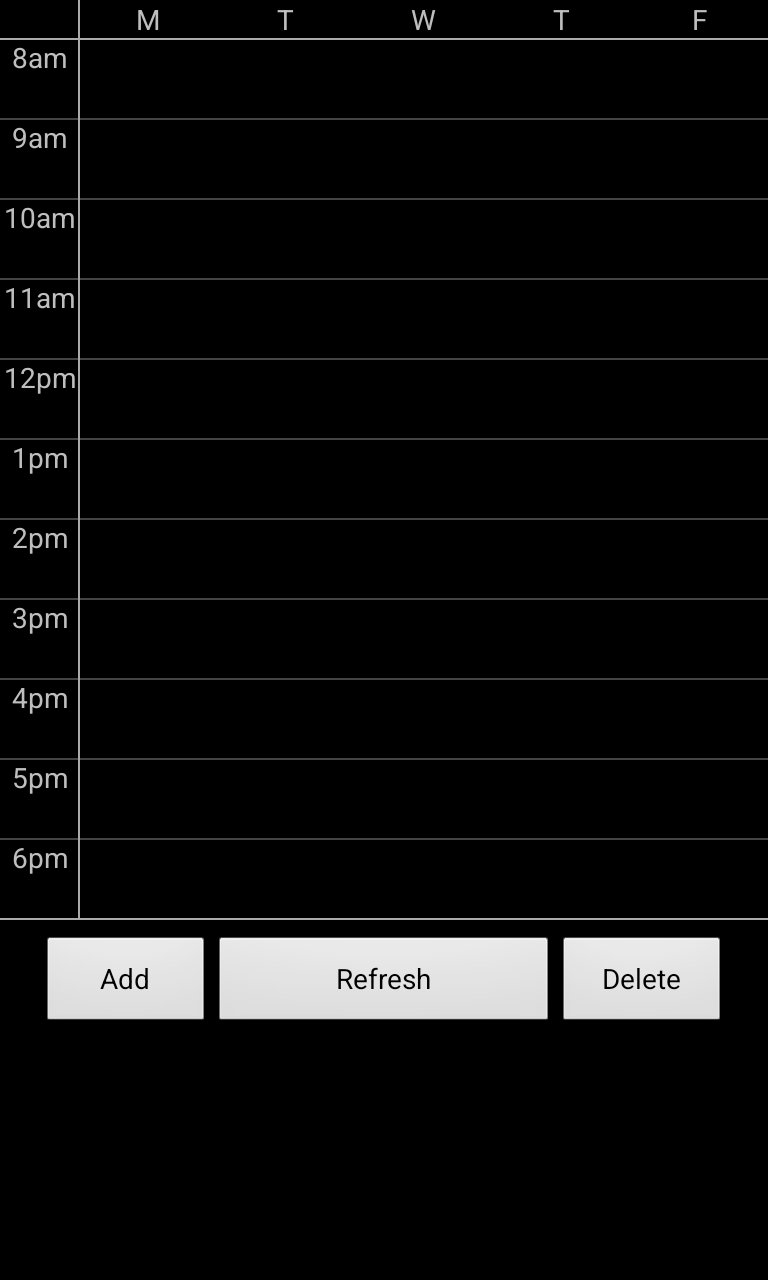
Repository: appsfactory/OfficeHours
Layout: OfficeHoursClient/res/layout/activity_schedule_view.xml
These files come from the project's save history. The layout is drawn as it stood at one moment and after the next save; the edit follows.
It is drawn on a 768 x 1280 px phone screen (xhdpi) without system bars, with theme AppTheme; the app's code is not run.

Above is the layout before, as saved 2012-10-02 15:40:22.

### OfficeHoursClient/res/layout/activity_schedule_view.xml
<?xml version="1.0" encoding="utf-8"?>
<LinearLayout xmlns:android="http://schemas.android.com/apk/res/android"
    android:layout_width="fill_parent"
    android:layout_height="wrap_content"
    android:orientation="vertical" >


    <RelativeLayout
        android:id="@+id/relativeLayout1"
        android:layout_width="match_parent"
        android:layout_height="wrap_content" >

        <TextView android:background="#aaa" android:layout_width = "1dp" android:layout_height="wrap_content" android:layout_marginTop="0dp" android:layout_marginLeft="39dp" android:text=" "/>

		<!-- HEADERS -->
        <LinearLayout
            android:id="@+id/linearLayout1"
            android:layout_width="wrap_content"
            android:layout_height="wrap_content"
            android:layout_alignParentLeft="true"
            android:layout_alignParentRight="true"
            android:layout_alignParentTop="true" >

            <TextView
                android:id="@+id/mon_header"
                android:layout_width="0dp"
                android:layout_height="wrap_content"
                android:layout_marginLeft="40dp"
                android:layout_weight="2"
                android:gravity="center"
                android:text="M"
                android:background="ffffff"/>

            <TextView
                android:id="@+id/tue_header"
                android:layout_width="0dp"
                android:layout_height="wrap_content"
                android:layout_weight="2"
                android:gravity="center"
                android:text="T" />

            <TextView
                android:id="@+id/wed_header"
                android:layout_width="0dp"
                android:layout_height="wrap_content"
                android:layout_weight="2"
                android:gravity="center"
                android:text="W" />

            <TextView
                android:id="@+id/thu_header"
                android:layout_width="0dp"
                android:layout_height="wrap_content"
                android:layout_weight="2"
                android:gravity="center"
                android:text="T" />

            <TextView
                android:id="@+id/fri_header"
                android:layout_width="0dp"
                android:layout_height="wrap_content"
                android:layout_weight="2"
                android:gravity="center"
                android:text="F" />
        </LinearLayout>
    </RelativeLayout>

    <ScrollView
        android:id="@+id/scrollView1"
        android:layout_width="match_parent"
        android:layout_height="wrap_content"
        android:padding="0dp"
        android:scrollbars="none" >"

		<!--  GRID/BORDERS -->
        <RelativeLayout
            android:id="@+id/relativeLayout242"
            android:layout_width="match_parent"
            android:layout_height="wrap_content"
            android:padding="0dp" >



            <View android:background="#aaa" android:layout_width = "fill_parent" android:layout_height="1dp" android:layout_marginTop="0dp" />
            <View android:background="#444" android:layout_width = "fill_parent" android:layout_height="1dp" android:layout_marginTop="40dp"/>
            <View android:background="#444" android:layout_width = "fill_parent" android:layout_height="1dp" android:layout_marginTop="80dp"/>
            <View android:background="#444" android:layout_width = "fill_parent" android:layout_height="1dp" android:layout_marginTop="120dp"/>
            <View android:background="#444" android:layout_width = "fill_parent" android:layout_height="1dp" android:layout_marginTop="160dp"/>
            <View android:background="#444" android:layout_width = "fill_parent" android:layout_height="1dp" android:layout_marginTop="200dp"/>
            <View android:background="#444" android:layout_width = "fill_parent" android:layout_height="1dp" android:layout_marginTop="240dp"/>
            <View android:background="#444" android:layout_width = "fill_parent" android:layout_height="1dp" android:layout_marginTop="280dp"/>
            <View android:background="#444" android:layout_width = "fill_parent" android:layout_height="1dp" android:layout_marginTop="320dp"/>
            <View android:background="#444" android:layout_width = "fill_parent" android:layout_height="1dp" android:layout_marginTop="360dp"/>
            <View android:background="#444" android:layout_width = "fill_parent" android:layout_height="1dp" android:layout_marginTop="400dp"/>
            <View android:background="#aaa" android:layout_width = "fill_parent" android:layout_height="1dp" android:layout_marginTop="440dp"/>
            <View android:background="#aaa" android:layout_width = "1dp" android:layout_height="441dp" android:layout_marginTop="0dp" android:layout_marginLeft="39dp"/>

<!--
            <View android:background="#777" android:layout_width = "fill_parent" android:layout_height="1dp" android:layout_marginTop="20dp"/>
            <View android:background="#777" android:layout_width = "fill_parent" android:layout_height="1dp" android:layout_marginTop="60dp"/>
            <View android:background="#777" android:layout_width = "fill_parent" android:layout_height="1dp" android:layout_marginTop="100dp"/>
            <View android:background="#777" android:layout_width = "fill_parent" android:layout_height="1dp" android:layout_marginTop="140dp"/>
            <View android:background="#777" android:layout_width = "fill_parent" android:layout_height="1dp" android:layout_marginTop="180dp"/>
            <View android:background="#777" android:layout_width = "fill_parent" android:layout_height="1dp" android:layout_marginTop="220dp"/>
            <View android:background="#777" android:layout_width = "fill_parent" android:layout_height="1dp" android:layout_marginTop="260dp"/>
            <View android:background="#777" android:layout_width = "fill_parent" android:layout_height="1dp" android:layout_marginTop="300dp"/>
            <View android:background="#777" android:layout_width = "fill_parent" android:layout_height="1dp" android:layout_marginTop="340dp"/>
            <View android:background="#777" android:layout_width = "fill_parent" android:layout_height="1dp" android:layout_marginTop="380dp"/>
            <View android:background="#777" android:layout_width = "fill_parent" android:layout_height="1dp" android:layout_marginTop="420dp"/> -->


            <LinearLayout
                android:id="@+id/linearLayout2"
                android:layout_width="match_parent"
                android:layout_height="wrap_content"
                android:padding="0dp" >

                <!-- SIDEBAR -->

                <RelativeLayout
                    android:id="@+id/sidebar"
                    android:layout_width="37dp"
                    android:layout_height="wrap_content"
                    android:layout_marginLeft="1.5dp"
                    android:layout_marginRight="1.5dp"
                    android:padding="0dp" >

                    <TextView
                        android:id="@+id/textView10"
                        android:layout_width="match_parent"
                        android:layout_height="wrap_content"
                        android:layout_marginTop="0dp"
                        android:gravity="center"
                        android:text="8am" />

                    <TextView
                        android:id="@+id/textView10"
                        android:layout_width="match_parent"
                        android:layout_height="wrap_content"
                        android:layout_marginTop="40dp"
                        android:gravity="center"
                        android:text="9am" />

                    <TextView
                        android:id="@+id/textView10"
                        android:layout_width="match_parent"
                        android:layout_height="wrap_content"
                        android:layout_marginTop="80dp"
                        android:gravity="center"
                        android:text="10am" />

                    <TextView
                        android:id="@+id/textView10"
                        android:layout_width="match_parent"
                        android:layout_height="wrap_content"
                        android:layout_marginTop="120dp"
                        android:gravity="center"
                        android:text="11am" />

                    <TextView
                        android:id="@+id/textView10"
                        android:layout_width="match_parent"
                        android:layout_height="wrap_content"
                        android:layout_marginTop="160dp"
                        android:gravity="center"
                        android:text="12pm" />

                    <TextView
                        android:id="@+id/textView10"
                        android:layout_width="match_parent"
                        android:layout_height="wrap_content"
                        android:layout_marginTop="200dp"
                        android:gravity="center"
                        android:text="1pm" />

                    <TextView
                        android:id="@+id/textView10"
                        android:layout_width="match_parent"
                        android:layout_height="wrap_content"
                        android:layout_marginTop="240dp"
                        android:gravity="center"
                        android:text="2pm" />

                    <TextView
                        android:id="@+id/textView10"
                        android:layout_width="match_parent"
                        android:layout_height="wrap_content"
                        android:layout_marginTop="280dp"
                        android:gravity="center"
                        android:text="3pm" />

                    <TextView
                        android:id="@+id/textView10"
                        android:layout_width="match_parent"
                        android:layout_height="wrap_content"
                        android:layout_marginTop="320dp"
                        android:gravity="center"
                        android:text="4pm" />

                    <TextView
                        android:id="@+id/textView10"
                        android:layout_width="match_parent"
                        android:layout_height="wrap_content"
                        android:layout_marginTop="360dp"
                        android:gravity="center"
                        android:text="5pm" />

                    <TextView
                        android:id="@+id/textView10"
                        android:layout_width="match_parent"
                        android:layout_height="wrap_content"
                        android:layout_marginTop="400dp"
                        android:gravity="center"
                        android:text="6pm" />
                </RelativeLayout>

                <RelativeLayout
                    android:id="@+id/relativeLayout3"
                    android:layout_width="0dp"
                    android:layout_height="match_parent"
                    android:layout_weight="14"
                    android:padding="0dp" >

                    <LinearLayout
                        android:id="@+id/linearLayout3"
                        android:layout_width="match_parent"
                        android:layout_height="wrap_content"
                        android:layout_alignParentLeft="true"
                        android:layout_alignParentRight="true"
                        android:layout_alignParentTop="true"
                        android:padding="0dp" >


                        <!-- COLUMNS -->
                        <RelativeLayout
                            android:id="@+id/moncolumn"
                            android:layout_width="0dp"
                            android:layout_height="match_parent"
                            android:layout_weight="1" >

                        </RelativeLayout>

                        <RelativeLayout
                            android:id="@+id/tuecolumn"
                            android:layout_width="0dp"
                            android:layout_height="match_parent"
                            android:layout_weight="1" >

                        </RelativeLayout>

                        <RelativeLayout
                            android:id="@+id/wedcolumn"
                            android:layout_width="0dp"
                            android:layout_height="match_parent"
                            android:layout_weight="1" >

                        </RelativeLayout>

                        <RelativeLayout
                            android:id="@+id/thucolumn"
                            android:layout_width="0dp"
                            android:layout_height="match_parent"
                            android:layout_weight="1" >

                        </RelativeLayout>

                        <RelativeLayout
                            android:id="@+id/fricolumn"
                            android:layout_width="0dp"
                            android:layout_height="match_parent"
                            android:layout_weight="1" >

                            <Button
                                android:id="@+id/button1"
                                android:layout_width="fill_parent"
                                android:layout_height="180dp"
                                android:layout_marginTop="480dp"
                                android:text="Some Event" />

                        </RelativeLayout>

                    </LinearLayout>
                </RelativeLayout>
            </LinearLayout>
        </RelativeLayout>
    </ScrollView>

    <LinearLayout
        android:id="@+id/footer"
        android:layout_width="match_parent"
        android:layout_height="wrap_content"
        android:padding="0dp"
        android:layout_marginTop="7.5dp"
        android:layout_marginLeft="20dp"
        android:layout_marginRight="20dp" >

        <Button
            android:id="@+id/addbutton"
            android:layout_width="0dp"
            android:layout_height="fill_parent"
            android:layout_weight="1"
            android:text="Add" />
        <Button
            android:id="@+id/addbutton"
            android:layout_width="0dp"
            android:layout_height="fill_parent"
            android:layout_weight="2"
            android:text="Refresh" />
        <Button
            android:id="@+id/addbutton"
            android:layout_width="0dp"
            android:layout_height="fill_parent"
            android:layout_weight="1"
            android:text="Delete" />

    </LinearLayout>

</LinearLayout>

### OfficeHoursClient/res/values/styles.xml
<resources xmlns:android="http://schemas.android.com/apk/res/android">

    <style name="AppTheme" parent="android:Theme.Black.NoTitleBar" />
</resources>

After the next save:
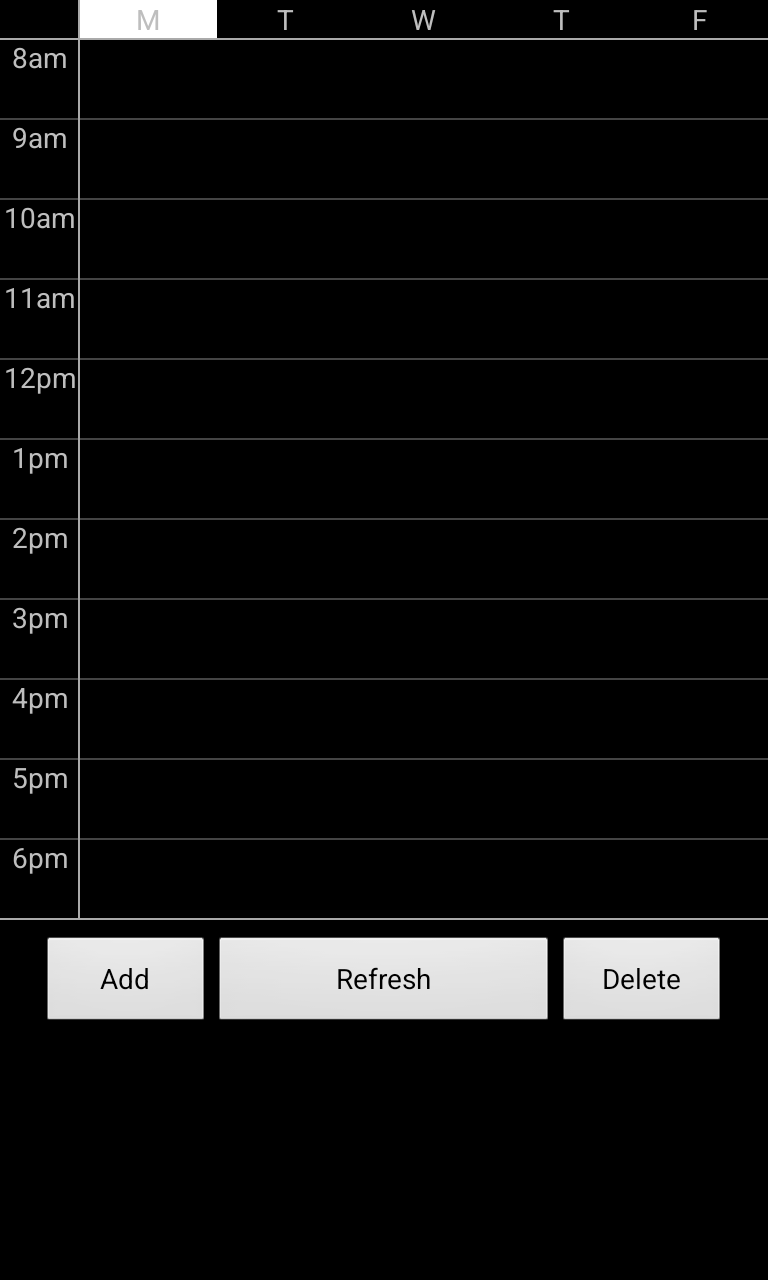
Saved 24 s later.
--- a/OfficeHoursClient/res/layout/activity_schedule_view.xml
+++ b/OfficeHoursClient/res/layout/activity_schedule_view.xml
@@ -29,7 +29,7 @@
                 android:layout_weight="2"
                 android:gravity="center"
                 android:text="M"
-                android:background="ffffff"/>
+                android:background="#ffffff"/>
 
             <TextView
                 android:id="@+id/tue_header"

After the save that followed:
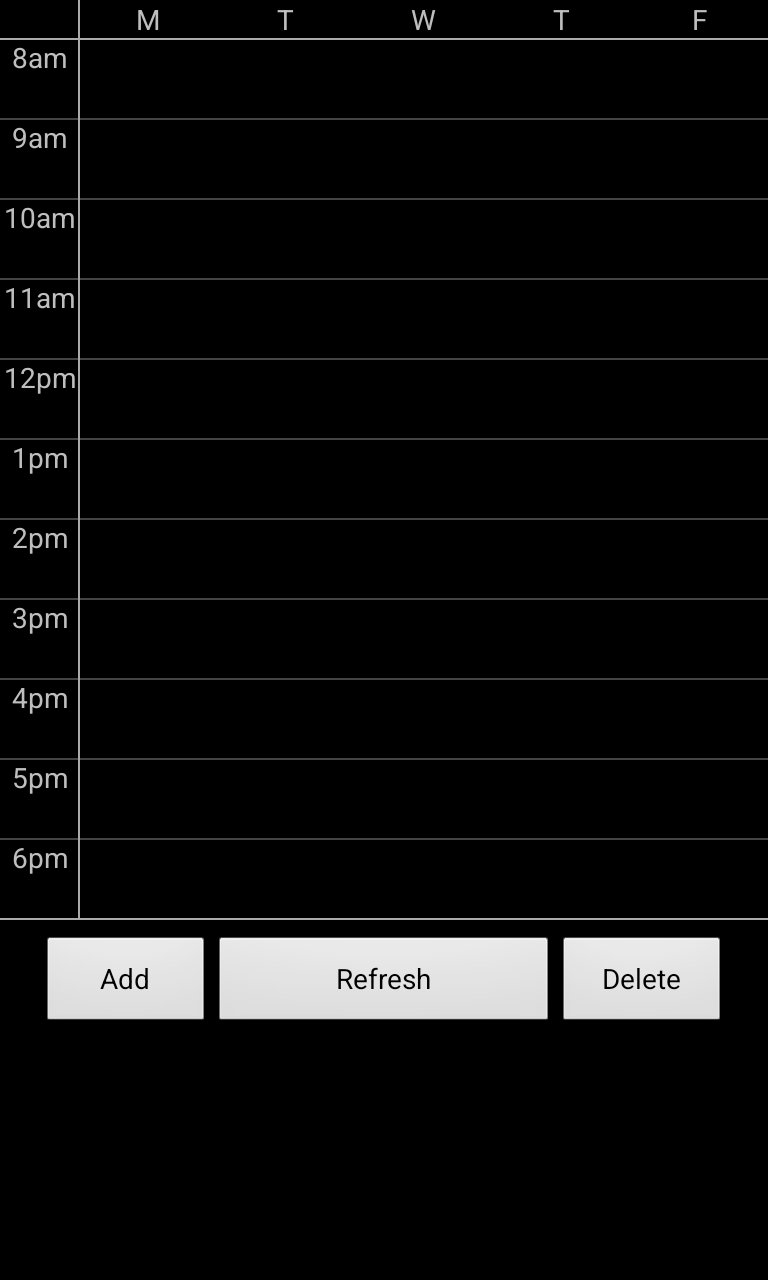
Saved 3 min 6 s later.
--- a/OfficeHoursClient/res/layout/activity_schedule_view.xml
+++ b/OfficeHoursClient/res/layout/activity_schedule_view.xml
@@ -29,7 +29,7 @@
                 android:layout_weight="2"
                 android:gravity="center"
                 android:text="M"
-                android:background="#ffffff"/>
+                android:background="#000000"/>
 
             <TextView
                 android:id="@+id/tue_header"
